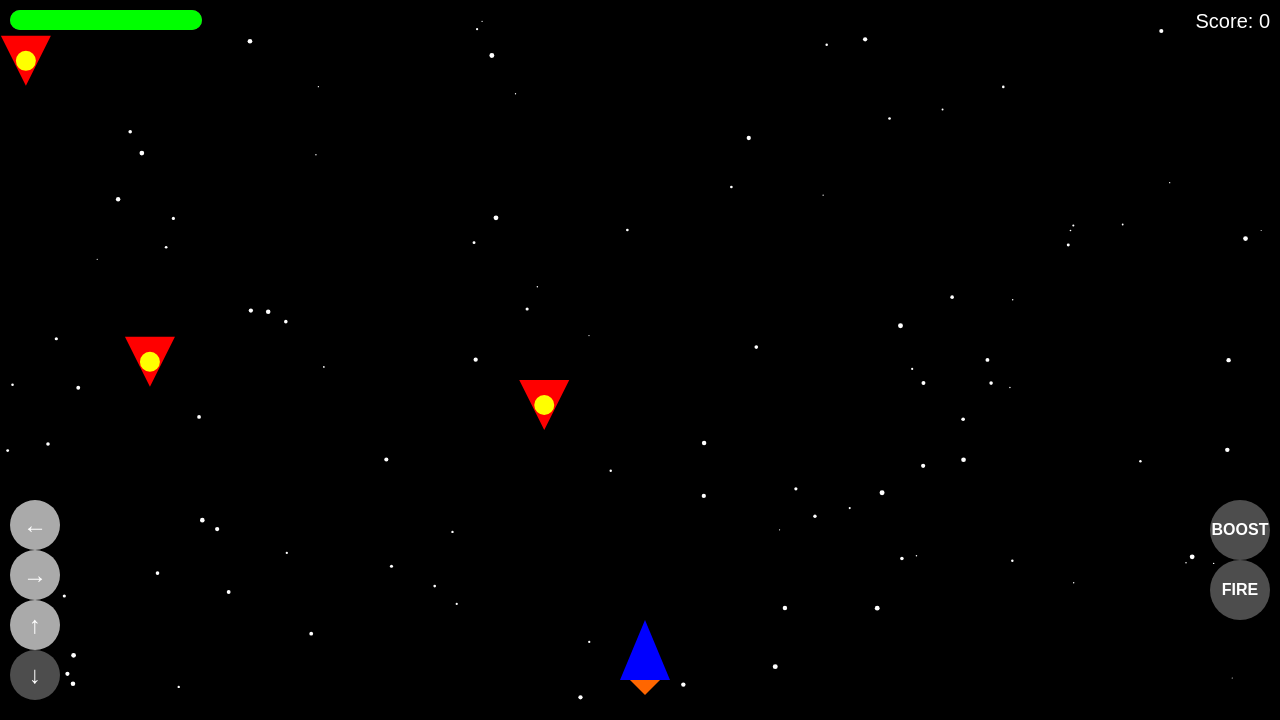
Repository: BiranOrundas/space-shooter
Page: space-shooter.html
These files come from the project's save history. The page is drawn as it stood at one moment and after the next save; the edit follows.
The browser window is 1280 px wide. The pictures show the whole page.

Above is the page before, as saved 2025-03-13 15:45:06.

After the next save:
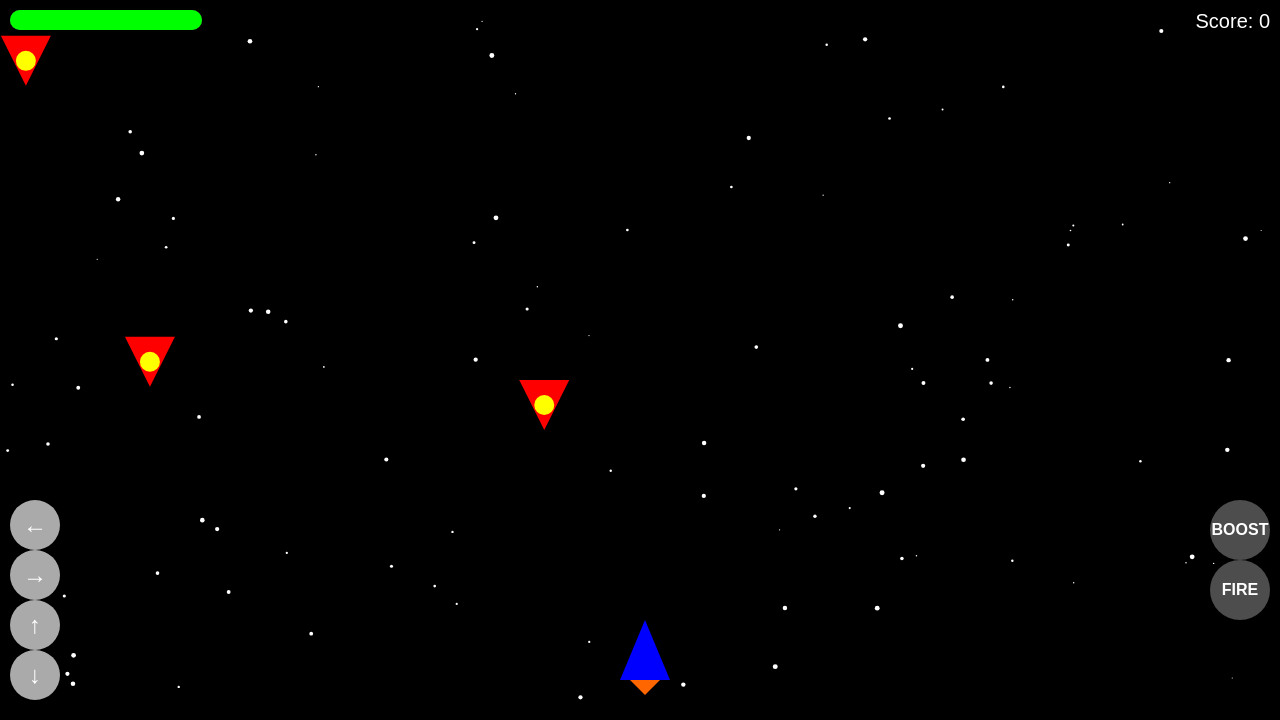
Saved 16 s later.
--- a/space-shooter.html
+++ b/space-shooter.html
@@ -401,14 +401,14 @@ LeftDirs.forEach(btn => {
 
   if (downPressed && player.y < canvas.height - 20 - player.height) {
     player.y += player.isBoosting ? player.boostedSpeed : player.speed;
-    const uptDirs = document.getElementsByName("upButton");
-    uptDirs.forEach(btn => {
+    const downDirs = document.getElementsByName("downButton");
+    downDirs.forEach(btn => {
     btn.style.backgroundColor = "#5CE65C";
 });
 
   }else{
-    const uptDirs = document.getElementsByName("upButton");
-    uptDirs.forEach(btn => {
+    const downDirs = document.getElementsByName("downButton");
+    downDirs.forEach(btn => {
     btn.style.backgroundColor = "#AAAAAA";
 })};
 
